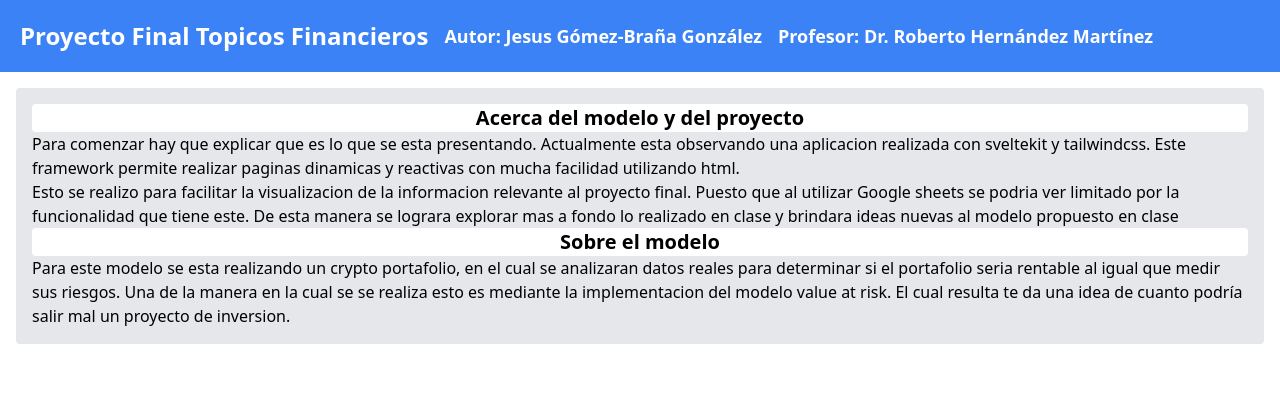
Repository: SistemaACT/Portafolio
Page: /
An editor plug-in stored every save of this project. The page is shown before and after the next save, followed by the edit.
The browser window is 1280 px wide. The pictures show the whole page.
The project was rebuilt for these pictures with package versions that can differ from the ones it lists, and the page was loaded fresh each time. The framework's server and built-in components were replaced by stand-ins that run in the browser. Also part of the build but not shown: svelte.config.js, vite.config.ts.

Above is the page before, as saved 2024-07-07 00:29:43.

After the next save:
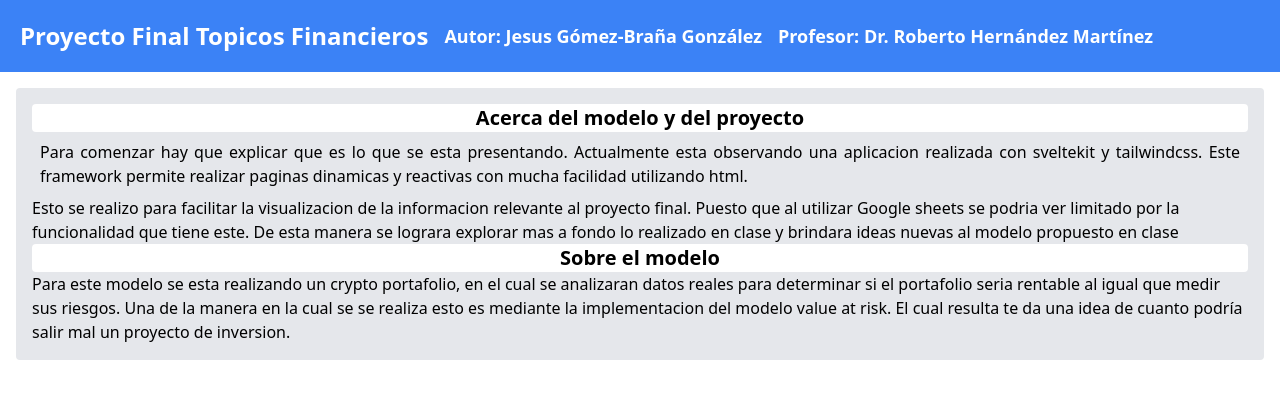
Saved 22 s later.
--- a/src/routes/+page.svelte
+++ b/src/routes/+page.svelte
@@ -9,7 +9,7 @@
 
 <div class="bg-gray-200 rounded p-4 flex flex-col items-center m-4">
     <h2 class="w-full bg-white rounded text-xl font-bold text-center">Acerca del modelo y del proyecto</h2>
-    <p>
+    <p class="text-justify p-2">
         Para comenzar hay que explicar que es lo que se esta presentando. Actualmente
         esta observando una aplicacion realizada con sveltekit y tailwindcss. Este framework permite
         realizar paginas dinamicas y reactivas con mucha facilidad utilizando html.
